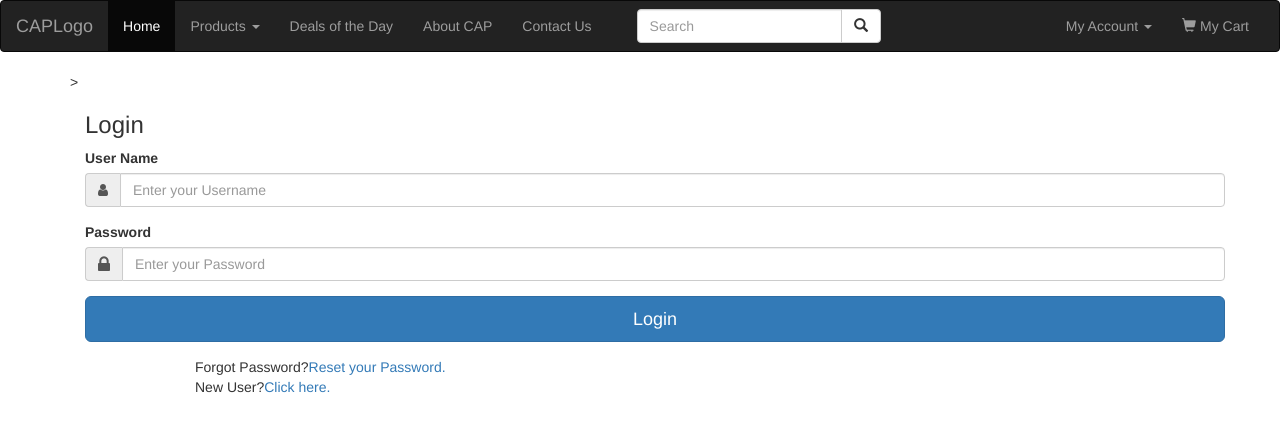
Repository: Guru-Raghavendran/CoinsAndPapers_webapp
Page: http://localhost/FrontEnd/WEB-INF/views/Login.jsp
An editor plug-in stored every save of this project. The page is shown before and after the next save, followed by the edit.
The browser window is 1280 px wide. The pictures show the whole page.
Some web fonts or font styles are not loaded; a fallback is used. Some web libraries are served in a nearby version. The page is served by Tomcat 9. Nobody is signed in. Other server files are loaded and not shown. The template is opened directly, without the code that normally fills it, so the values that code supplies are empty.

Above is the page before, as saved 2018-04-16 08:03:59.

### FrontEnd/src/main/webapp/WEB-INF/views/Login.jsp
<!DOCTYPE html>
<html>
<head>
<title>Login to CAP account</title>

<!-- Latest compiled and minified CSS -->
<link rel="stylesheet"
	href="https://maxcdn.bootstrapcdn.com/bootstrap/3.3.7/css/bootstrap.min.css">
<!-- jQuery library -->
<script
	src="https://ajax.googleapis.com/ajax/libs/jquery/3.3.1/jquery.min.js"></script>
<!-- Latest compiled JavaScript -->
<script
	src="https://maxcdn.bootstrapcdn.com/bootstrap/3.3.7/js/bootstrap.min.js"></script>
<!-- Website Font style -->
<link rel="stylesheet"
	href="https://maxcdn.bootstrapcdn.com/font-awesome/4.6.1/css/font-awesome.min.css">
<!-- Google Fonts -->
<link href='https://fonts.googleapis.com/css?family=Passion+One'
	rel='stylesheet' type='text/css'>
<link href='https://fonts.googleapis.com/css?family=Oxygen'
	rel='stylesheet' type='text/css'>
<style>
</style>
</head>

<body>

	<%@include file="NavBar.jsp" %>

	<div class="container">
		<div class="contentSection"><!--  style="display: flex; -->>
			<div class="registerForm1"></div>
			<div class="loginForm">
				<div class="container">

					<h3>Login</h3>
					<form class="" method="post" action="#">

						<div class="form-group">
							<label for="username" class="cols-sm-2 control-label">User Name</label>
							<div class="cols-sm-10">
								<div class="input-group">
									<span class="input-group-addon"><i class="fa fa-user fa"
										aria-hidden="true"></i></span> <input type="text"
										class="form-control" name="username" id="username"
										placeholder="Enter your Username" />
								</div>
							</div>
						</div>

						<div class="form-group">
							<label for="password" class="cols-sm-2 control-label">Password</label>
							<div class="cols-sm-10">
								<div class="input-group">
									<span class="input-group-addon"><i
										class="fa fa-lock fa-lg" aria-hidden="true"></i></span> <input
										type="password" class="form-control" name="password"
										id="password" placeholder="Enter your Password" />
								</div>
							</div>
						</div>

						<div class="form-group ">
							<a href="" target="_blank" type="button" id="button"
								class="btn btn-primary btn-lg btn-block login-button">Login</a>
						</div>
					</form>
					<span style="padding-left: 110px">Forgot Password?<a
						href="reset">Reset your Password.</a></span> <br> <span
						style="padding-left: 110px">New User?<a href="SignUp">Click
							here.</a></span>

				</div>
			</div>
			<div class="registerForm2"></div>
		</div>
	</div>

</body>
</html>

### FrontEnd/src/main/webapp/WEB-INF/views/NavBar.jsp
<%@page isELIgnored="false" %>
     <%@taglib uri="http://java.sun.com/jsp/jstl/core" prefix="c"%>
     <%@taglib uri="http://www.springframework.org/tags/form" prefix="form"%>
<!DOCTYPE html>
<html>
<head>
<meta http-equiv="Content-Type" content="text/html; charset=ISO-8859-1">

</head>
<body>

	<nav class="navbar navbar-inverse">
		<div class="container-fluid">
			<div class="navbar-header">
				<button type="button" class="navbar-toggle" data-toggle="collapse"
					data-target="#myNavbar">
					<span class="icon-bar"></span> <span class="icon-bar"></span> <span
						class="icon-bar"></span>
				</button>
				<a class="navbar-brand" href="#">CAPLogo</a>
			</div>
			<div class="collapse navbar-collapse" id="myNavbar">
				<ul class="nav navbar-nav">
					<li class="active"><a href=" ">Home</a></li>

					<li class="dropdown"><a class="dropdown-toggle"
						data-toggle="dropdown" href="#">Products <span class="caret"></span></a>
						<ul class="dropdown-menu">
							<li class="dropdown-header">Coins</li>
							<li><a href="#">Indian New Coins</a></li>
							<li><a href="#">Indian Ancient Coins</a></li>
							<li><a href="#">Foreign New Coins</a></li>
							<li><a href="#">Foreign Ancient Coins</a></li>
							<li class="divider"></li>
							<li class="dropdown-header">Stamps</li>
							<li><a href="#">Indian New Stamps</a></li>
							<li><a href="#">Indian Ancient Stamps</a></li>
							<li><a href="#">Foreign New Stamps</a></li>
							<li><a href="#">Foreign Ancient Stamps</a></li>
						</ul></li>


					<li><a href="#">Deals of the Day</a></li>
					<li><a href="AboutUs">About CAP</a></li>
					<li><a href="ContactUs">Contact Us</a></li>
					</ul>
					<div class="col-sm-3 col-md-3">
        <form class="navbar-form " role="search">
        <div class="input-group">
            <input type="text" class="form-control" placeholder="Search" name="q">
            <div class="input-group-btn" >
                <button class="btn btn-default" type="submit"><i class="glyphicon glyphicon-search"></i></button>
            </div>
        </div>
        </form>
    </div>

				<ul class="nav navbar-nav navbar-right">

					<li class="dropdown"><a class="dropdown-toggle"
						data-toggle="dropdown" href="#">My Account <span class="caret"></span></a>
						<ul class="dropdown-menu">


							<li><a href="Login"><span
									class="glyphicon glyphicon-user"></span> Login</a></li>
							<li><a href="SignUp"><span
									class="glyphicon glyphicon-user"></span> Sign Up</a></li>
						</ul></li>
					<li><a href="#"><span
							class="glyphicon glyphicon-shopping-cart"></span> My Cart</a></li>
				</ul>
			</div>
		</div>
	</nav>




</body>
</html>

After the next save:
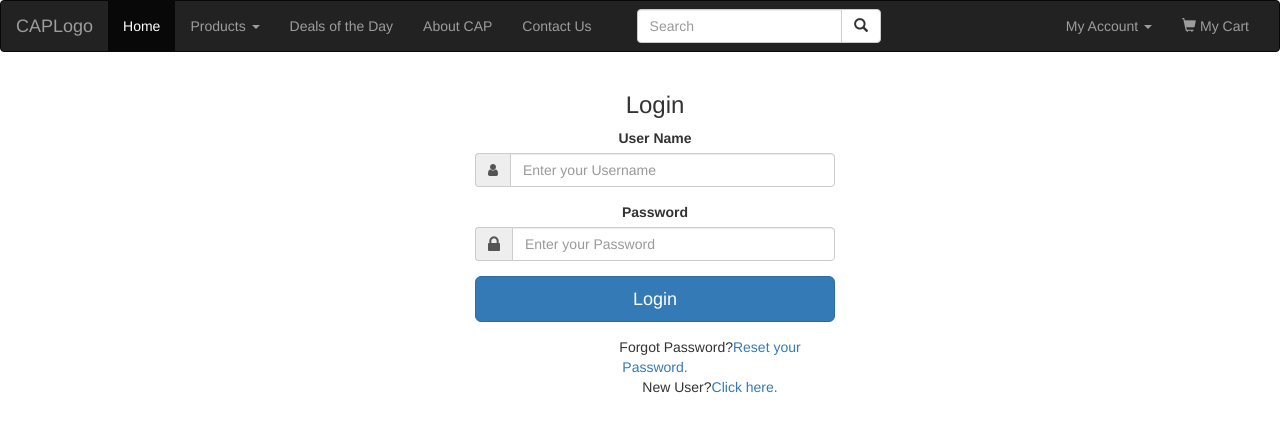
Saved 47 s later.
--- a/FrontEnd/src/main/webapp/WEB-INF/views/Login.jsp
+++ b/FrontEnd/src/main/webapp/WEB-INF/views/Login.jsp
@@ -29,11 +29,12 @@
 	<%@include file="NavBar.jsp" %>
 
 	<div class="container">
-		<div class="contentSection"><!--  style="display: flex; -->>
+		<div class="contentSection"><!--  style="display: flex; -->
 			<div class="registerForm1"></div>
 			<div class="loginForm">
 				<div class="container">
-
+				<div class="row">
+		<div class="col-md-4 col-md-offset-4 text-center">
 					<h3>Login</h3>
 					<form class="" method="post" action="#">
 
@@ -73,6 +74,8 @@
 
 				</div>
 			</div>
+			</div>
+			</div>
 			<div class="registerForm2"></div>
 		</div>
 	</div>
